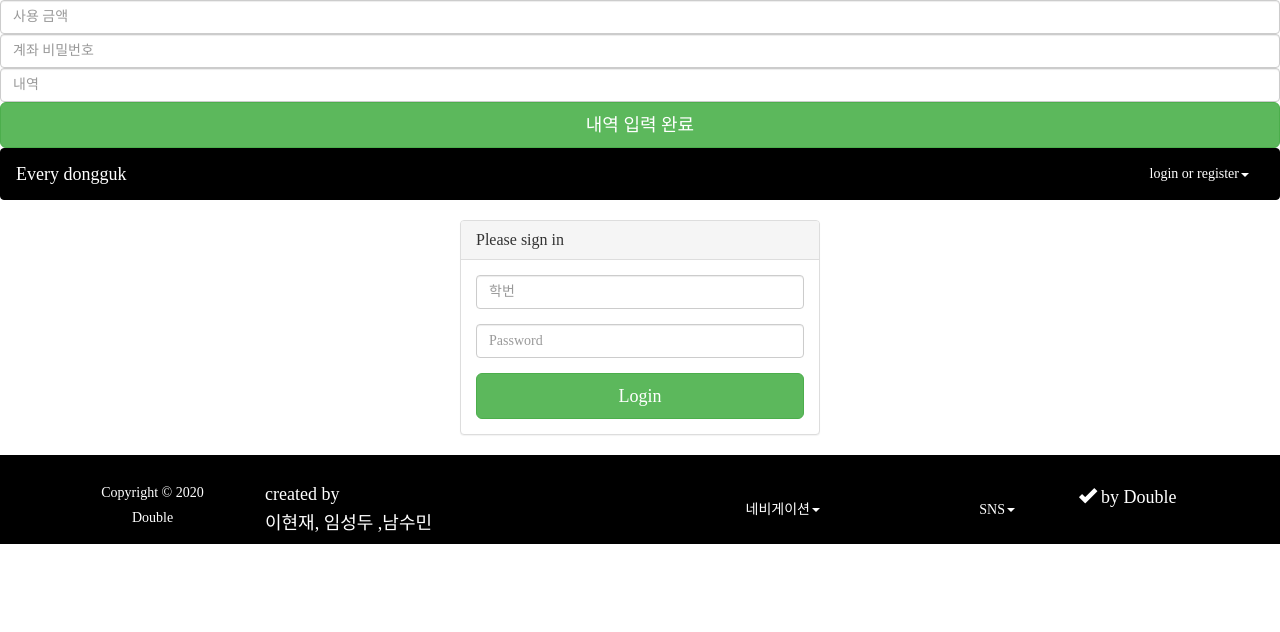
Repository: CSID-DGU/2020-1-ESCD-DOUBLE
Page: http://localhost/web/WEB-INF/views/bank/purchase.jsp
An editor plug-in stored every save of this project. The page is shown before and after the next save, followed by the edit.
The browser window is 1280 px wide. The pictures show the whole page.
Some web fonts or font styles are not loaded; a fallback is used. Some web libraries are served in a nearby version. The page is served by Tomcat 9. Nobody is signed in. Other server files are loaded and not shown. The template is opened directly, without the code that normally fills it, so the values that code supplies are empty.

Above is the page before, as saved 2020-05-01 16:08:27.

### web/src/main/webapp/WEB-INF/views/bank/purchase.jsp
<%@ page language="java" contentType="text/html; charset=EUC-KR"
    pageEncoding="EUC-KR"%>
<%@taglib prefix= "c" uri= "http://java.sun.com/jsp/jstl/core" %>
<!DOCTYPE html>
<html>
<head>
<meta charset="EUC-KR">
<title>Insert title here</title>
<link rel="stylesheet" href="resources/css/bootstrap.css">
<link rel="stylesheet" href="resources/css/customize.css">
</head>
<body>
<form action="purchase_ok" method="post">
<input class="form-control" type="text" name="Binout" placeholder="사용 금액">
<input class="form-control" type="password" name="Bpw" placeholder="계좌 비밀번호">
<input class="form-control" type="text" name="Bmemo" placeholder="내역">
<input class="btn btn-lg btn-success btn-block" type="submit" value="내역 입력 완료">

</form>






<%@include file="../template/header.jsp"%>



<div class="container">
    <div class="row">
		<div class="col-md-4 col-md-offset-4">
    		<div class="panel panel-default">
			  	<div class="panel-heading">
			    	<h3 class="panel-title">Please sign in</h3>
			 	</div>
			  	<div class="panel-body">
			    	<form accept-charset="UTF-8" role="form" action="purchase_ok" method="post">
                    <fieldset>
			    	  	<div class="form-group">
			    		    <input class="form-control" placeholder="학번" name="Sid" type="text">
			    		</div>
			    		<div class="form-group">
			    			<input class="form-control" placeholder="Password" name="Spw" type="비밀번호">
			    		</div>

			    		<input class="btn btn-lg btn-success btn-block" type="submit" value="Login">
			    	</fieldset>
			      	</form>
			    </div>
			</div>
		</div>
	</div>
</div>



<%@include file="../template/footer.jsp"%>


</body>
</html>

### web/src/main/webapp/WEB-INF/views/template/header.jsp
<%@ page language="java" contentType="text/html; charset=EUC-KR"
    pageEncoding="EUC-KR"%>
<!DOCTYPE html>
<html>
<head>
<meta charset="EUC-KR">
<title>Insert title here</title>
<link rel="stylesheet" href="resources/css/bootstrap.css">
<link rel="stylesheet" href="resources/css/customize.css">
</head>
<body>
<script src="https://code.jquery.com/jquery-3.1.1.min.js"></script>
<script src="resources/js/bootstrap.js"></script>
<%@taglib prefix= "c" uri= "http://java.sun.com/jsp/jstl/core" %>
<nav class="navbar navbar-default">
	<div class="container-fluid">

		<div class="navbar-header">
			<button type="button" class="navbar-toggle collapsed" data-toggle="collapse"
			data-target="#bs-example-navbar-collapse-1" aria-expanded="false"><!-- 크기를 줄였을때 나타나는 버튼 -->
				<span class="sr-only"></span>
				<span class="icon-bar"></span>
				<span class="icon-bar"></span>
				<span class="icon-bar"></span>
			</button>
			<a class="navbar-brand" href="index">Every dongguk</a>
		</div>

		<div class="collapse navbar-collapse" id="bs-example-navbar-collapse-1"><!-- 네비 중간 대부분을 차지함 -->

			<ul class="nav navbar-nav navbar-right">
				<li class="dropdown">
					<a href="#" class="dropdown-toggle" data-toggle="dropdown" role="button"
					aria-haspopup="true" aria-expanded="false"><c:if test="${empty Sid }">login or register</c:if><c:if test="${not empty Sid }">${Sid } 님 환영합니다.</c:if><span class="caret"></span></a>
					<ul class="dropdown-menu">

					<c:choose>
					<c:when test="${empty Sid }">
						<li><a href="login_form">로그인</a></li>
						<li><a href="register_form">회원가입</a></li>
					</c:when>
					<c:otherwise>
						<li><a href="logout">로그아웃</a></li>
						<li><a href="mypage">마이페이지(${Sid})</a></li>
						</c:otherwise>
						</c:choose>

					</ul>

				</li>
			</ul>

		</div>
	</div>
</nav>



</body>
</html>

### web/src/main/webapp/WEB-INF/views/template/footer.jsp
<%@ page language="java" contentType="text/html; charset=EUC-KR"
    pageEncoding="EUC-KR"%>
<!DOCTYPE html>
<html>
<head>
<meta charset="EUC-KR">
<title>Insert title here</title>
<link rel="stylesheet" href="resources/css/bootstrap.css">
<link rel="stylesheet" href="resources/css/customize.css">
</head>
<body>
<script src="https://code.jquery.com/jquery-3.1.1.min.js"></script>
<script src="resources/js/bootstrap.js"></script>

<style type="text/css">
#footul ,#footul2{
color:white;}
#footul:hover ,#footul2:hover{

background-color:black;


}
#footul:focus,#footul2:hover{
background-color:black;}

</style>

<footer style="background-color: #000000;color:#ffffff">
	<div class="container">
		<br>
		<div class="row">
			<div class="col-sm-2" style="text-align: center;"><h5>Copyright &copy; 2020</h5><h5>Double </h5></div>
			<div class="col-sm-4"><h4>created by<h4><p>이현재, 임성두 ,남수민</p></div>
			<div class="col-sm-2"><h4 style="text-align:center;"></h4>

						<ul class="nav navbar-nav navbar-right">
				<li class="dropdown">
					<a href="#" class="dropdown-toggle" data-toggle="dropdown" role="button"
					aria-haspopup="true" aria-expanded="false" id="footul">네비게이션<span class="caret"></span></a>
					<ul class="dropdown-menu">
						<li><a href="#">냐옹</a></li>
						<li><a href="#">멍멍</a></li>
					</ul>

				</li>
			</ul>
			</div>
			<div class="col-sm-2"><h4 style="text-align:center;"></h4>



							<ul class="nav navbar-nav navbar-right">
				<li class="dropdown">
					<a href="#" class="dropdown-toggle" data-toggle="dropdown" role="button"
					aria-haspopup="true" aria-expanded="false" id="footul2">SNS<span class="caret"></span></a>
					<ul class="dropdown-menu">
						<li><a href="#">뭔가 개발자 이메일 보내기?</a></li>
						<li><a href="#">뭐 그런거...</a></li>
					</ul>

				</li>
			</ul>

			</div>
			<div class="col-sm-2"><h4 style="text-align:center;"><span class="glyphicon glyphicon-ok"></span>&nbsp;by Double</h4></div>
	</div>


</div>
</footer>


</body>
</html>

### web/src/main/webapp/resources/css/customize.css
@import url(http://fonts.googleapis.com/earlyaccess/nanumgothic.css);
*{font-family:'Nanum Gothic';}
a{
	color:#000000;
	text-decoration:none;
}
a:hover{
	color:#bbbbbb;
	text-decoration:none;
	cursor:pointer;
}
.navbar-default{/*까만색!*/
	background-color:#000000;
	border-color:#000000;
}
.navbar-default .navbar-brand{
	color:#ffffff;/*하얀색!*/
}
.navbar-default .navbar-brand:hover,
.navbar-default .navbar-brand:focus{
	background-color:transparent;
	color:#bbbbbb;
}
.navbar-default .navbar-nav> .active>a,
.navbar-default .navbar-nav> .active>a:hover,
.navbar-default .navbar-nav> .active>a:focus{
	color:white;
	background-color:#000000;
}
.navbar-default .navbar-nav> li>a:hover,
.navbar-default .navbar-nav> li>a:focus{
	color:#bbbbbb;
}
.navbar-default .navbar-nav> .open>a,
.navbar-default .navbar-nav> .open>a:hover,
.navbar-default .navbar-nav> .open>a:focus{
	color:#000000;
	background-color:#ffffff;
	text-decoration:none;
}
.navbar-default .navbar-nav>li>a{
	color:white;
}
@media(max-width:767px){
	.navbar-default .navbar-nav .open .dropdown-menu>li>a{
	color:#ffffff;}
	.navbar-default .navbar-nav .open .dropdown-menu>li>a:hover,
	.navbar-default .navbar-nav .open .dropdown-menu>li>a:focus{
	color:#bbbbbb;}

}

Loaded but not shown: web/src/main/webapp/resources/css/bootstrap.css (library); web/src/main/webapp/resources/js/bootstrap.js (library)

After the next save:
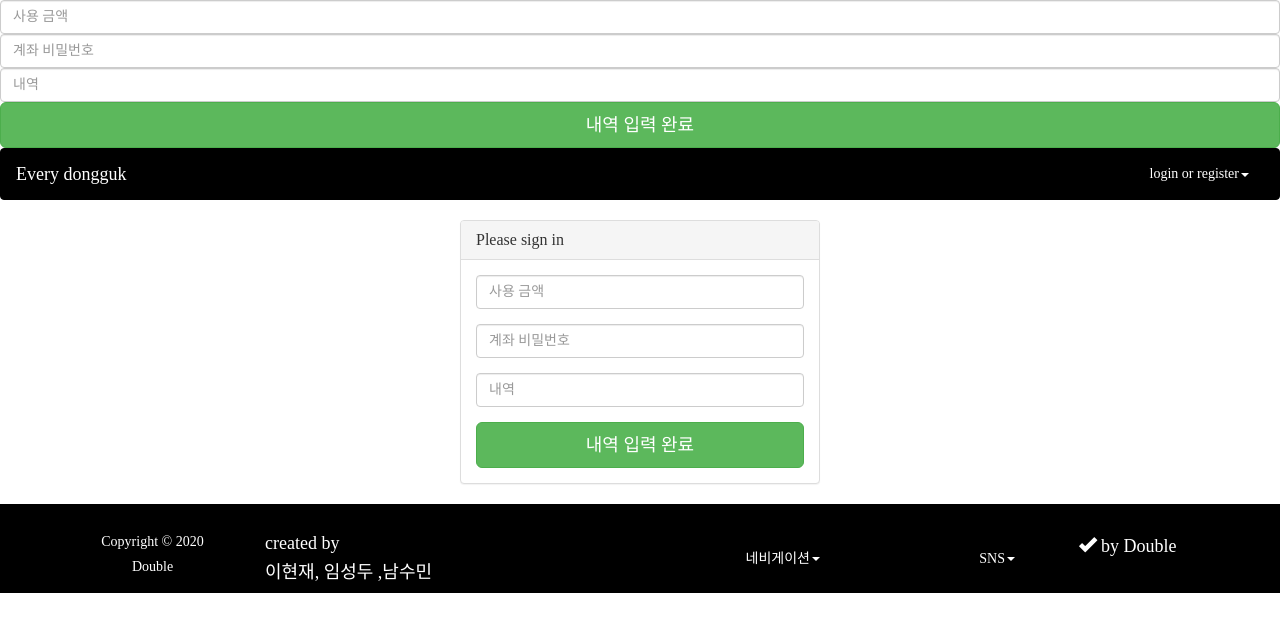
Saved 44 s later.
--- a/web/src/main/webapp/WEB-INF/views/bank/purchase.jsp
+++ b/web/src/main/webapp/WEB-INF/views/bank/purchase.jsp
@@ -38,13 +38,16 @@
 			    	<form accept-charset="UTF-8" role="form" action="purchase_ok" method="post">
                     <fieldset>
 			    	  	<div class="form-group">
-			    		    <input class="form-control" placeholder="학번" name="Sid" type="text">
+<input class="form-control" type="text" name="Binout" placeholder="사용 금액">
 			    		</div>
 			    		<div class="form-group">
-			    			<input class="form-control" placeholder="Password" name="Spw" type="비밀번호">
+<input class="form-control" type="password" name="Bpw" placeholder="계좌 비밀번호">
+			    		</div>
+			    		<div class="form-group">
+<input class="form-control" type="text" name="Bmemo" placeholder="내역">
 			    		</div>
 
-			    		<input class="btn btn-lg btn-success btn-block" type="submit" value="Login">
+<input class="btn btn-lg btn-success btn-block" type="submit" value="내역 입력 완료">
 			    	</fieldset>
 			      	</form>
 			    </div>
